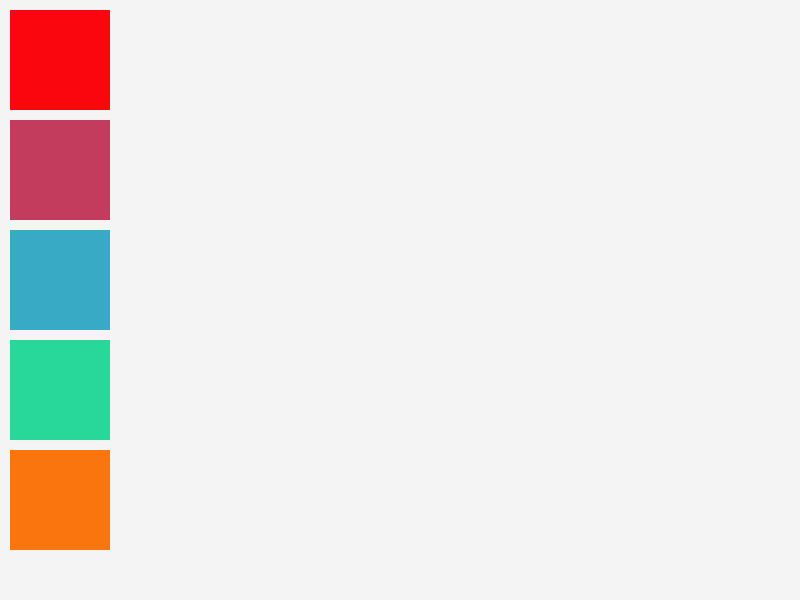
Repository: AlanVidalll/Curso-Java-Completo
Program's window: java exercicios-javafx/src/layout/AppLayout.java
These files come from the project's save history. The program's window is drawn as it stood at one moment and after the next save; the edit follows.
It runs on Java 21 on a 1366 x 768 screen with JavaFX 11; the title bar is not drawn.

Above is the program's window before, as saved 2020-04-11 13:33:16.

### exercicios-javafx/src/layout/AppLayout.java
package layout;

import javafx.application.Application;
import javafx.scene.Parent;
import javafx.scene.Scene;
import javafx.stage.Stage;

public class AppLayout extends Application {

	@Override
	public void start(Stage primaryStage) throws Exception {
		Parent raiz = null;

		raiz = new TesteAnchorPane();
		raiz = new TesteBorderPane();
		raiz = new TesteFlowPane();

		//Scene principal = new Scene(new TesteAnchorPane(),800,600);
		Scene principal = new Scene(raiz,800,600);

		primaryStage.setScene(principal);
		primaryStage.setTitle("Gerenciadores de Layout");
		primaryStage.show();
	}

	public static void main(String[] args) {
		launch(args);
	}

}

### exercicios-javafx/src/layout/TesteFlowPane.java
package layout;

import javafx.geometry.Insets;
import javafx.geometry.Orientation;
import javafx.scene.layout.FlowPane;

public class TesteFlowPane extends FlowPane {


	public TesteFlowPane() {

		Quadrado q1 = new Quadrado();
		Quadrado q2 = new Quadrado();
		Quadrado q3 = new Quadrado();
		Quadrado q4 = new Quadrado();
		Quadrado q5 = new Quadrado();

		setHgap(10.0);
		setVgap(10.0);
		setPadding(new Insets(10));

		setOrientation(Orientation.VERTICAL);

		getChildren().addAll(q1,q2,q3,q4,q5);



	}

}

### exercicios-javafx/src/layout/TesteAnchorPane.java
package layout;

import javafx.geometry.Pos;
import javafx.scene.layout.AnchorPane;
import javafx.scene.layout.HBox;

public class TesteAnchorPane extends AnchorPane {

	public TesteAnchorPane() {

		Quadrado q1 = new Quadrado();
		setTopAnchor(q1, 10.0);
		setLeftAnchor(q1, 10.0);

		Quadrado q2 = new Quadrado();
		setTopAnchor(q2, 10.0);
		setRightAnchor(q2, 10.0);

		Quadrado q3 = new Quadrado();
		setBottomAnchor(q3, 10.0);
		setLeftAnchor(q3, 10.0);

		Quadrado q4 = new Quadrado();
		setBottomAnchor(q4, 10.0);
		setRightAnchor(q4, 10.0);


		HBox centro = new HBox();
		centro.setAlignment(Pos.CENTER);
		setTopAnchor(centro, 110.0);
		setBottomAnchor(centro, 110.0);
		setLeftAnchor(centro, 110.0);
		setRightAnchor(centro, 110.0);

		Quadrado q5 = new Quadrado();
		centro.getChildren().add(q5);

		getChildren().addAll(q1,q2,q3,q4,centro);
	}


}

### exercicios-javafx/src/layout/Quadrado.java
package layout;

import javafx.scene.paint.Color;
import javafx.scene.shape.Rectangle;

public class Quadrado extends Rectangle {

	private static int i = 0;

	private String[] cores = {
			"c33c5e", "39aac6",
			"28d79a", "fb750e",
			"6657a8", "f9060e"

	};

	public Quadrado() {
		this(100, 100);
	}

	public Quadrado(int largura, int altura) {

		setWidth(largura);
		setHeight(altura);

		setFill(Color.web(cores[i]));
		;
		i++;
		if (i == 6)
			i = 0;
	}

}

### exercicios-javafx/src/layout/TesteBorderPane.java
package layout;

import javafx.scene.layout.BorderPane;

public class TesteBorderPane extends BorderPane {

	public TesteBorderPane () {


		Caixa c1 = new Caixa().comTexto("Topo");
		setTop(c1);
		Caixa c2 = new Caixa().comTexto("Esquerda");
		setLeft(c2);
		Caixa c3 = new Caixa().comTexto("Direita");
		setRight(c3);
		Caixa c4 = new Caixa().comTexto("Fundo");
		setBottom(c4);
		Caixa c5 = new Caixa().comTexto("Centro");
		setCenter(c5);
	}
}

### exercicios-javafx/src/layout/Caixa.java
package layout;

import javafx.geometry.Insets;
import javafx.geometry.Pos;
import javafx.scene.control.Label;
import javafx.scene.layout.Background;
import javafx.scene.layout.BackgroundFill;
import javafx.scene.layout.CornerRadii;
import javafx.scene.layout.HBox;
import javafx.scene.paint.Color;
import javafx.scene.text.Font;

public class Caixa extends HBox {

	private static int i = 0;

	private String[] cores = { "c33c5e", "39aac6", "28d79a", "fb750e", "6657a8", "f9060e"

	};

	public Caixa() {
		this(100, 100);
	}

	public Caixa(int largura, int altura) {
		setAlignment(Pos.CENTER);
		setMinWidth(largura);
		setMinHeight(altura);

		BackgroundFill fill =
				new BackgroundFill(Color.web(cores[i]),
						CornerRadii.EMPTY, Insets.EMPTY);
		setBackground(new Background(fill));
		i++;
		if(i == 6) i= 0;
	}

	public Caixa comTexto(String texto) {
		Label label = new Label(texto);
		label.setFont(new Font(24));
		getChildren().add(label);
		return this;
	}

}

After the next save:
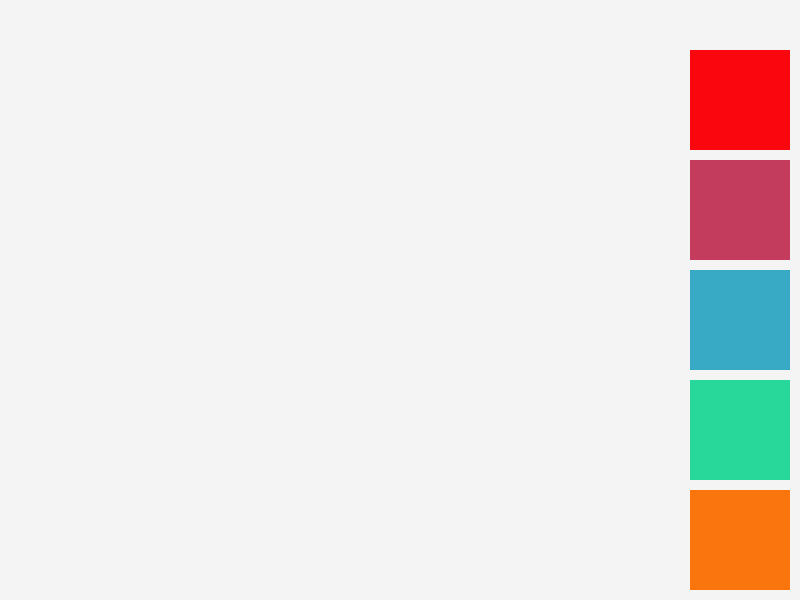
Saved 38 s later.
--- a/exercicios-javafx/src/layout/TesteFlowPane.java
+++ b/exercicios-javafx/src/layout/TesteFlowPane.java
@@ -2,6 +2,7 @@
 
 import javafx.geometry.Insets;
 import javafx.geometry.Orientation;
+import javafx.geometry.Pos;
 import javafx.scene.layout.FlowPane;
 
 public class TesteFlowPane extends FlowPane {
@@ -20,6 +21,7 @@
 		setPadding(new Insets(10));
 
 		setOrientation(Orientation.VERTICAL);
+		setAlignment(Pos.BOTTOM_RIGHT);
 
 		getChildren().addAll(q1,q2,q3,q4,q5);
 
